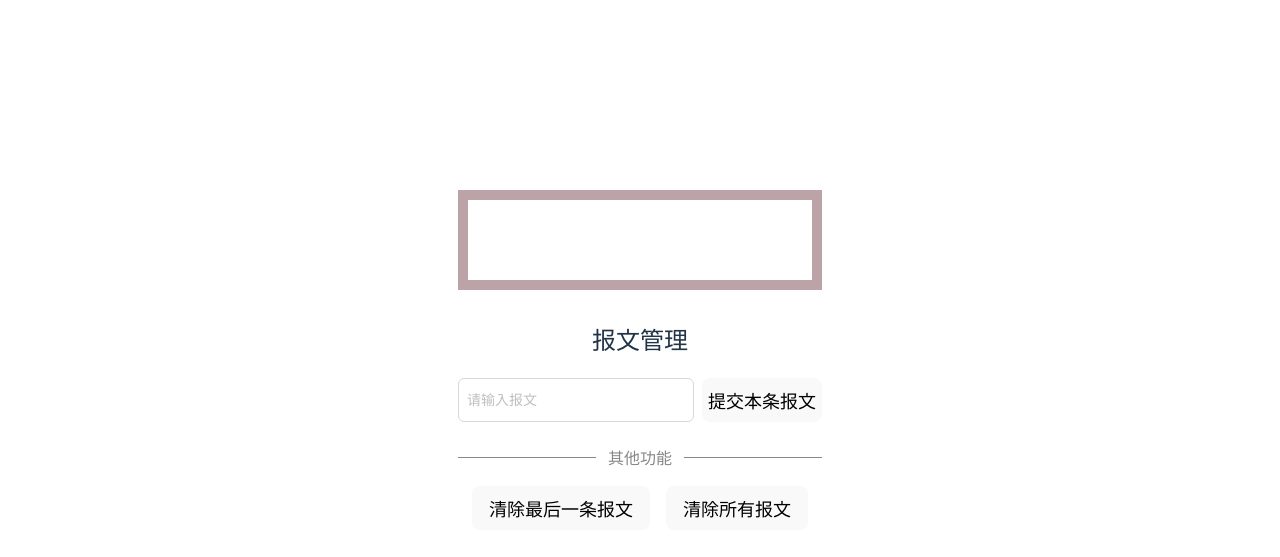
Repository: WUTONK/GoBlogAssignment3
Page: /user/postmodify (app in frontend/)
The author's editor kept a copy of each file at every save. The page is drawn from the files as they stood at one save, then again after a run of saves.
The browser window is 1280 px wide. The pictures show the whole page.
The project was rebuilt for these pictures with package versions that can differ from the ones it lists, and the page was loaded fresh each time. Also part of the build but not shown: frontend/vite.config.ts, frontend/src/api/runtime.ts, frontend/src/api/models/LoginReq.ts, frontend/src/api/models/LoginRsp.ts, frontend/src/api/models/SqlReq.ts, frontend/src/api/models/SqlRsp.ts, frontend/src/api/models/index.ts, frontend/src/api/apis/DefaultApi.ts and 5 more.

Above is the page before, as saved 2025-07-27 00:01:18.

After the next 2 saves:
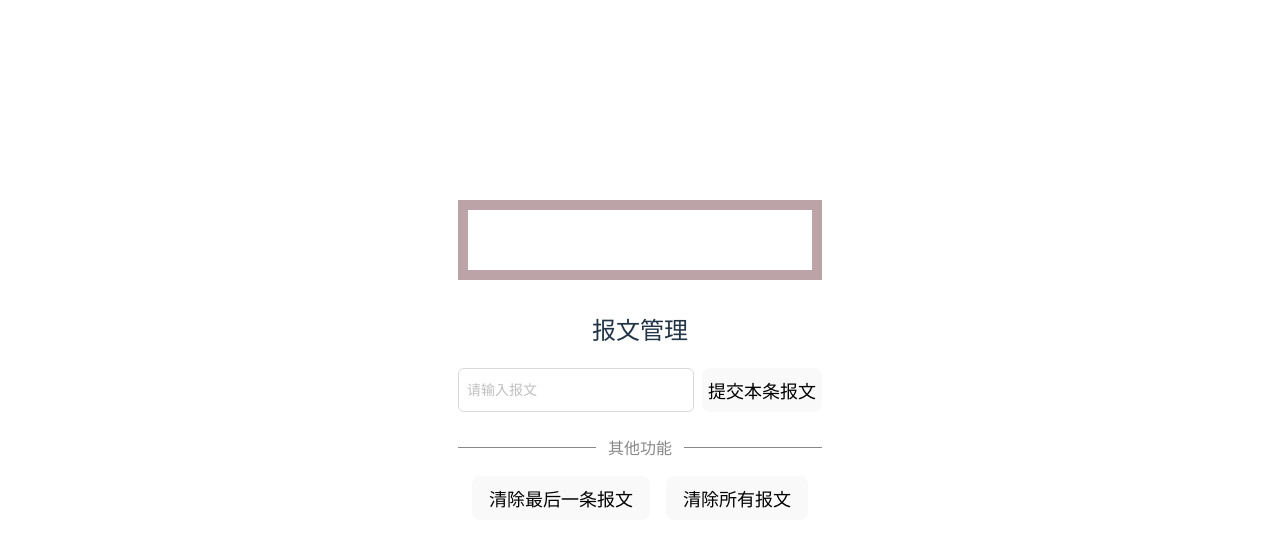
The 2 saves are shown as one change because 1 did not build or start.
The last was saved 9 s later.
--- a/frontend/src/PostModifyPage.tsx
+++ b/frontend/src/PostModifyPage.tsx
@@ -13,14 +13,14 @@ function PostModify() {
        {/* 顶部提示栏 */}
        <div
         style={{
-          height: 80,
+          height: 60,
           marginBottom: 32,
           border: "10px solid rgb(187, 163, 168)",
           borderRadius: 0,
           display: "flex",
           alignItems: "center",
           justifyContent: "center",
-          fontSize: 10,
+          fontSize: 20,
           color: "#fff"
         }}
       >
